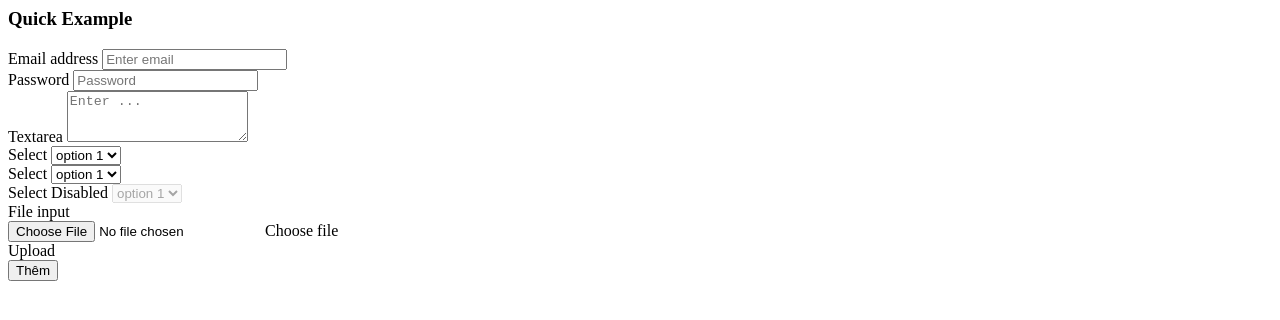
Repository: NguyenTranBaoKhanh/BKShop
Page: http://localhost/App/Views/admin/sanpham/create.php
These files come from the project's save history. The page is drawn as it stood at one moment and after the next save; the edit follows.
The browser window is 1280 px wide. The pictures show the whole page.
The page is run by PHP 8.4 with error messages shown; the project is at /var/www/html/.

Above is the page before, as saved 2021-10-31 14:47:24.

After the next save:
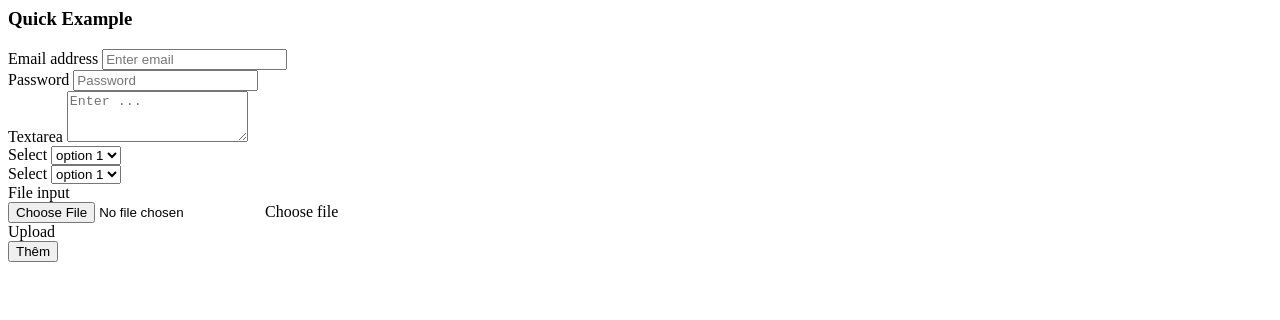
Saved 24 s later.
--- a/App/Views/admin/sanpham/create.php
+++ b/App/Views/admin/sanpham/create.php
@@ -18,16 +18,7 @@
         <label>Textarea</label>
         <textarea class="form-control" rows="3" placeholder="Enter ..."></textarea>
       </div>
-      <div class="form-group">
-        <label>Select</label>
-        <select class="form-control">
-          <option>option 1</option>
-          <option>option 2</option>
-          <option>option 3</option>
-          <option>option 4</option>
-          <option>option 5</option>
-        </select>
-      </div>
+
 
 
       <div class="row">
@@ -46,8 +37,8 @@
         </div>
         <div class="col-sm-6">
           <div class="form-group">
-            <label>Select Disabled</label>
-            <select class="form-control" disabled>
+            <label>Select</label>
+            <select class="form-control">
               <option>option 1</option>
               <option>option 2</option>
               <option>option 3</option>
